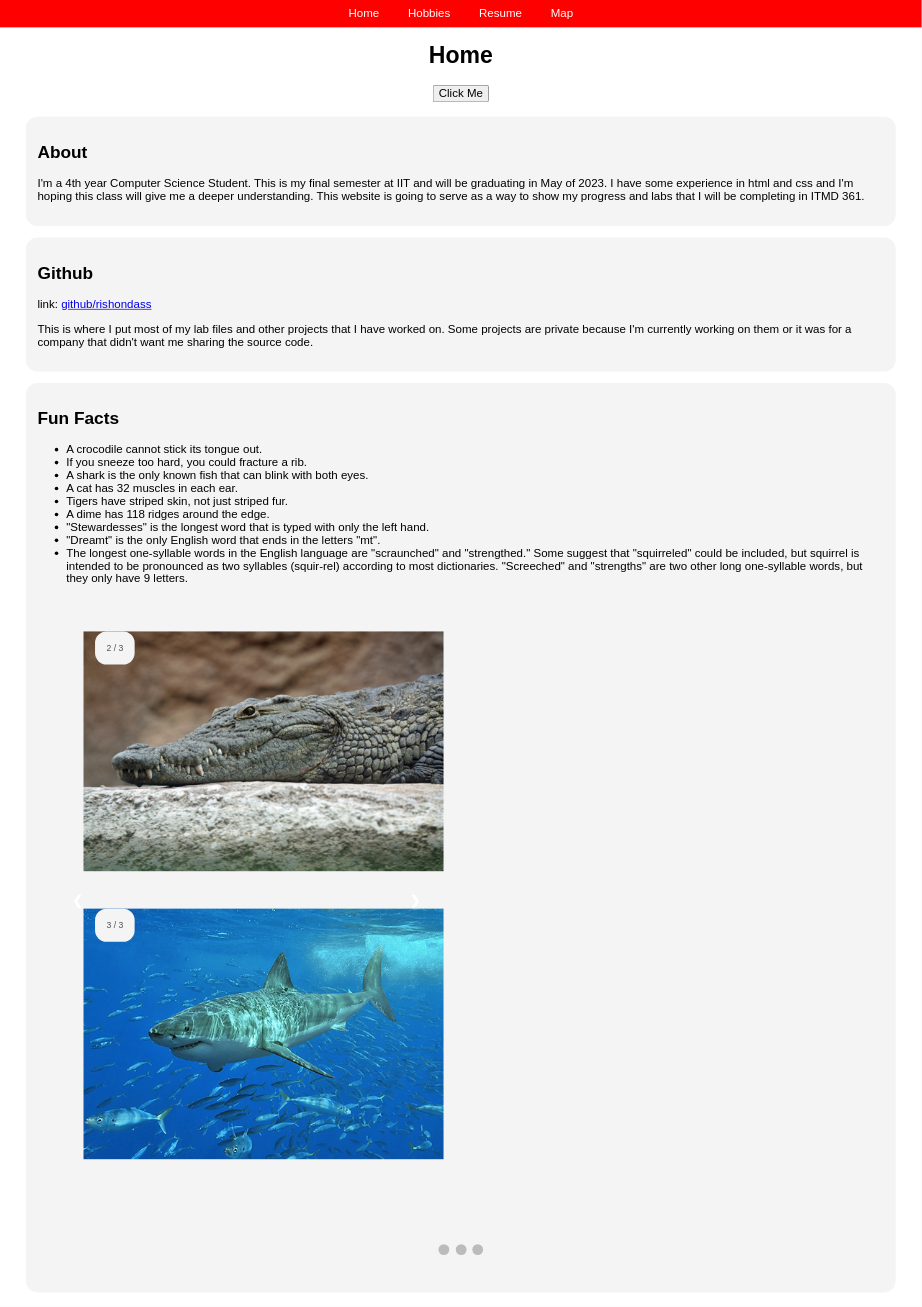
Repository: rishondass/ITMD361-Project3
Page: index.html
An editor plug-in stored every save of this project. The page is shown before and after the next save, followed by the edit.
The browser window is 1280 px wide. The pictures show the whole page, at 72% of full size.

Above is the page before, as saved 2023-04-28 18:27:06.
Console error: TypeError: Cannot read properties of undefined (reading 'style')

### index.html
<!DOCTYPE html>
<html lang="en">
<head>
  <meta charset="UTF-8">
  <meta name="viewport" content="width=device-width, initial-scale=1.0">
  <script src="./js/index.js"></script>
  <script src="./js/slideshow.js"></script>
  <link rel="stylesheet" href="css/normalize.css">
  <link rel="stylesheet" href="css/style.css">
  <title>Home</title>
</head>
<body>
  <nav id="main-nav">
    <ul>
      <li>
        <a href="index.html">Home</a>
      </li>
      <li>
        <a href="hobbies.html">Hobbies</a>
      </li>
      <li>
        <a href="resume.html">Resume</a>
      </li>
      <li>
        <a href="map.html">Map</a>
      </li>
    </ul>
  </nav>
  <div id="hero-section">
    <h1 id="title">
      Home
    </h1>
    <div id="secretdiv">
      <button id="secretbutton">Click Me</button>
    </div>

  </div>
  <div id="main-container">
    <div id="about-section">
      <h2>
        About
      </h2>
      <p>
        I'm a 4th year Computer Science Student. This is my final semester at IIT and will be graduating in May of 2023. I have some experience in html and css and I'm hoping this class will give me a deeper understanding. This website is going to serve as a way to show my progress and labs that I will be completing in ITMD 361.
      </p>
    </div>
    <div id="github-section">
      <h2>
        Github
      </h2>
      <p>
        link: <a target="_blank" href="https://www.github.com/rishondass">github/rishondass</a>
      </p>
      <p>
        This is where I put most of my lab files and other projects that I have worked on. Some projects are private because I'm currently working on them or it was for a company that didn't want me sharing the source code.
      </p>
    </div>
    <div id="funfactions-section">
      <h2>
        Fun Facts
      </h2>
      <ul>
        <li>
          A crocodile cannot stick its tongue out.
        </li>
        <li>
          If you sneeze too hard, you could fracture a rib.
        </li>
        <li>
          A shark is the only known fish that can blink with both eyes.
        </li>
        <li>
          A cat has 32 muscles in each ear.
        </li>
        <li>
          Tigers have striped skin, not just striped fur.
        </li>
        <li>
          A dime has 118 ridges around the edge.
        </li>
        <li>
          "Stewardesses" is the longest word that is typed with only the left hand.
        </li>
        <li>
          "Dreamt" is the only English word that ends in the letters "mt".
        </li>
        <li>
          The longest one-syllable words in the English language are "scraunched" and "strengthed." Some suggest that "squirreled" could be included, but squirrel is intended to be pronounced as two syllables (squir-rel) according to most dictionaries. "Screeched" and "strengths" are two other long one-syllable words, but they only have 9 letters.
        </li>
      </ul>
      <div class="slideshow-container">
        <div class="mySlides fade">
          <div class="numbertext">1 / 3</div>
          <img src="images/code.jpg" alt="image_of_code">
        </div>

        <div class="slideshow-container">
          <div class="numbertext">2 / 3</div>
          <img src="images/nile_crocodile_head.jpg" alt="image_of_crocodile">
        </div>

        <div class="slideshow-container">
          <div class="numbertext">3 / 3</div>
          <img src="images/white_shark.jpg" alt="image_of_shark">
        </div>
        <a class="prev" onclick="plusSlides(-1)">&#10094;</a>
        <a class="next" onclick="plusSlides(1)">&#10095;</a>
      </div>
      <br>
      <div style="text-align:center">
        <span class="dot" onclick="currentSlide(1)"></span>
        <span class="dot" onclick="currentSlide(2)"></span>
        <span class="dot" onclick="currentSlide(3)"></span>
      </div>



    </div>
  </div>
</body>
</html>

### js/index.js
window.onload = function(){
    let secretButton = document.getElementById("secretbutton");

    secretButton.addEventListener("click",()=>{
        window.open("https://www.youtube.com/watch?v=BBJa32lCaaY");
    });
}

### js/slideshow.js
//credit: w3schools.com

let slideIndex = 1;
showSlides(slideIndex);

// Next/previous controls
function plusSlides(n) {
  showSlides(slideIndex += n);
}

// Thumbnail image controls
function currentSlide(n) {
  showSlides(slideIndex = n);
}

function showSlides(n) {
  let i;
  let slides = document.getElementsByClassName("mySlides");
  let dots = document.getElementsByClassName("dot");
  if (n > slides.length) {slideIndex = 1}
  if (n < 1) {slideIndex = slides.length}
  for (i = 0; i < slides.length; i++) {
    slides[i].style.display = "none";
  }
  for (i = 0; i < dots.length; i++) {
    dots[i].className = dots[i].className.replace(" active", "");
  }
  slides[slideIndex-1].style.display = "block";
  dots[slideIndex-1].className += " active";
}

### css/style.css
#main-nav{
    background-color: red;
    overflow: hidden;
}

#main-nav ul{
    list-style-type: none;
    padding: 0;
    margin: 0;
    display: flex;
    justify-content: center;
}

#main-nav a{
   display: block;
   padding: 10px 20px;
   text-decoration: none;
   color: white;
}


#main-nav a:hover{
    background-color: rgb(255, 255, 255);
    color:black;
}

#main-container{
    margin: 20px;
}

/*
To be added
#hero-section{
    width: 100%;
    height: 100vh;
    background-color:rgb(15, 92, 207);
} */

#title{
    text-align: center;
}

#about-section{

}

#main-container div{
    margin: 1rem;
    border-radius: 1rem;
    padding: 1rem;
    background-color:rgb(245, 244, 244);
}

.container-objects{
    margin: 1rem;
    border-radius: 1rem;
    padding: 1rem;
    background-color:rgb(245, 244, 244);
}

.hobbies-images{
    width: 300px;
}

.hobbies-videos{
    width: 500px;
}



.hobby-container-item{
    float: left;
    background-color:rgb(245, 244, 244);
}


#map {
  display: flex;
  justify-items: center;
  height: 800px;
  width: 80%;
  margin: 10px auto;
}

@media screen and (max-width:390px) {
  .container-objects{
    background-color: red;
    color: white;
    text-align: center;
    padding: 12px;
    height: 500px;
  }
}

@media screen and (max-width:820px) and (min-width:390px) {
  .container-objects{
    background-color: rgb(212, 0, 255);
    color: white;
    text-align: right;
    height: 300px;
    padding: 10px;
  }
}

#secretdiv{
    display: flex;
    justify-content: center;
}

.slideshow-container{
    max-width: 500px;
    position: relative;
    margin: auto;
}

.mySlides{
    display: none;
}

.prev, .next{
  cursor: pointer;
  position: absolute;
  top: 50%;
  width: auto;
  margin-top: -22px;
  padding: 16px;
  color: white;
  font-weight: bold;
  font-size: 18px;
  transition: 0.6s ease;
  border-radius: 0 3px 3px 0;
  user-select: none;
}

.next {
    right: 0;
    border-radius: 3px 0 0 3px;
}

.prev:hover, .next:hover {
    background-color: rgba(0,0,0,0.8);
}

.numbertext {
    color: #505050;
    font-size: 12px;
    padding: 8px 12px;
    position: absolute;
    top: 0;
}

.dot {
    cursor: pointer;
    height: 15px;
    width: 15px;
    margin: 0 2px;
    background-color: #bbb;
    border-radius: 50%;
    display: inline-block;
    transition: background-color 0.6s ease;
}

.fade {
    animation-name: fade;
    animation-duration: 1.5s;
}

@keyframes fade {
  from {opacity: .4}
  to {opacity: 1}
}

Loaded but not shown: css/normalize.css (library)

After the next save:
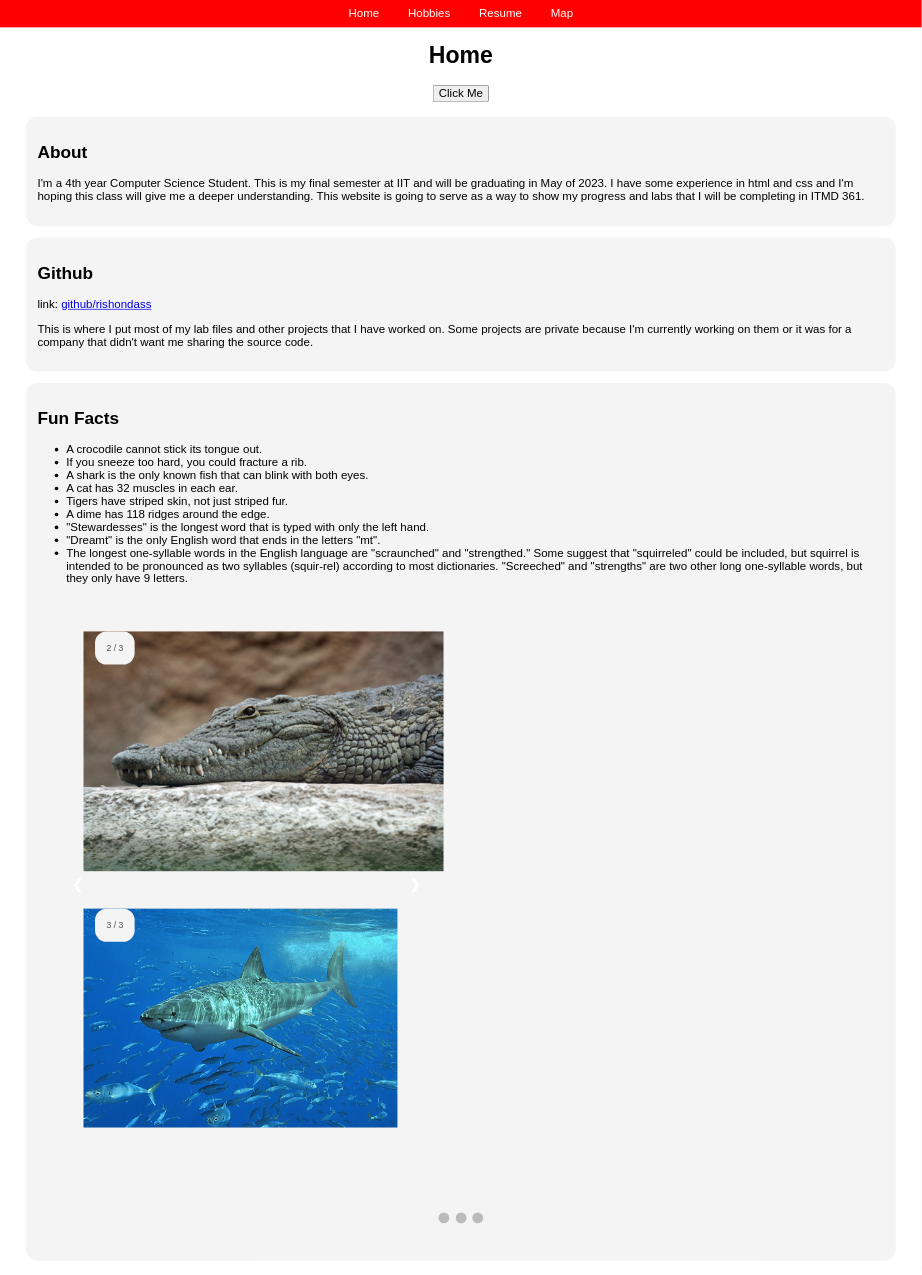
Saved 108 s later.
--- a/index.html
+++ b/index.html
@@ -101,7 +101,7 @@
 
         <div class="slideshow-container">
           <div class="numbertext">3 / 3</div>
-          <img src="images/white_shark.jpg" alt="image_of_shark">
+          <img src="images/white_shark.jpg" alt="image_of_shark" style="width:100%">
         </div>
         <a class="prev" onclick="plusSlides(-1)">&#10094;</a>
         <a class="next" onclick="plusSlides(1)">&#10095;</a>
